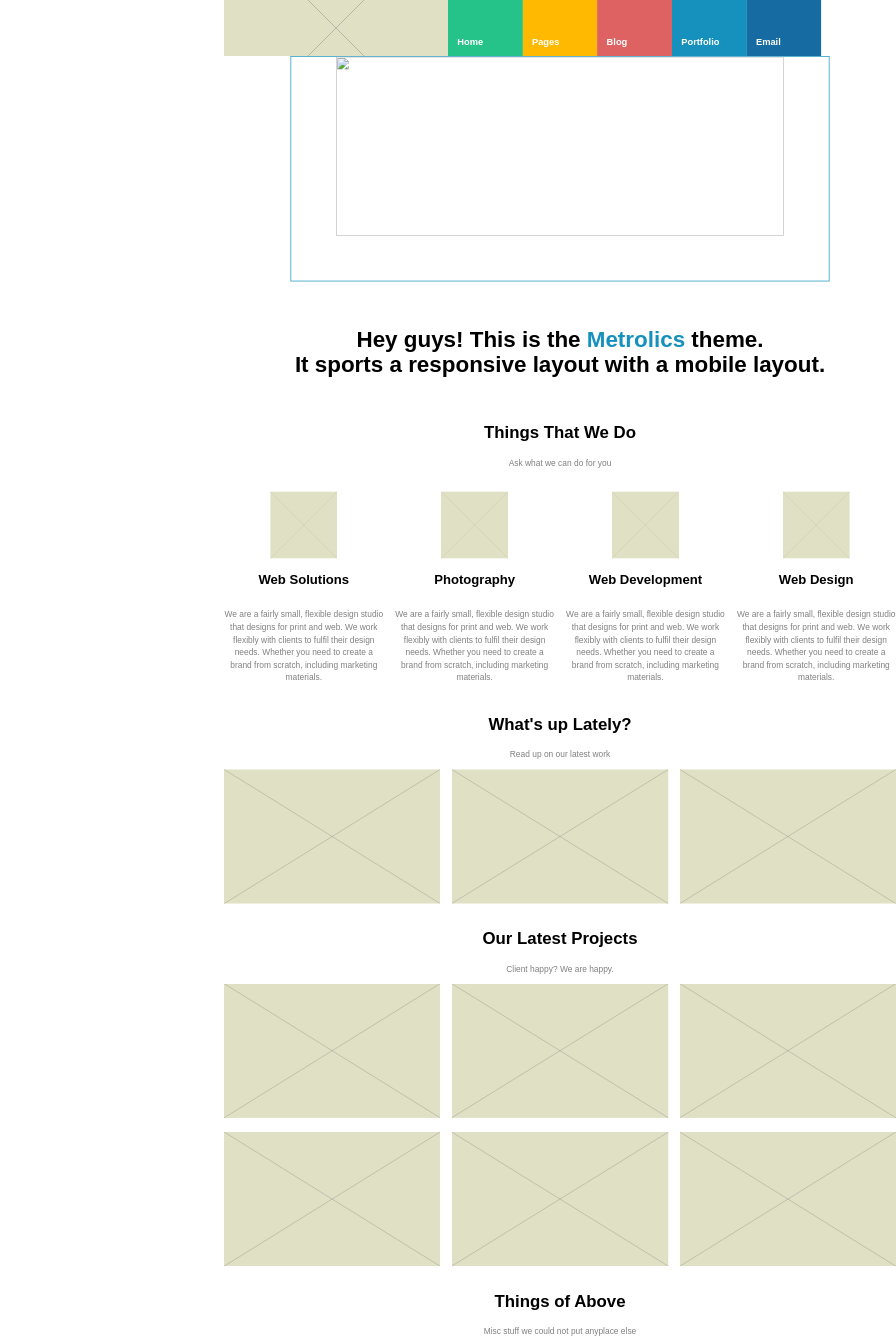
Repository: pjiang604/mdia2003-lab03b
Page: index.html
The author's editor kept a copy of each file at every save. The page is drawn from the files as they stood at one save, then again after the next save.
The browser window is 1280 px wide. The pictures show the part of the page from y = 0 to 1920 px (the page is 2722 px tall), at 70% of full size.

Above is the page before, as saved 2023-01-31 21:00:06.

### index.html
<!DOCTYPE html>
<html lang="en">

<head>
    <meta charset="UTF-8">
    <meta http-equiv="X-UA-Compatible" content="IE=edge">
    <meta name="viewport" content="width=device-width, initial-scale=1.0">
    <title>Metrolics</title>
    <link rel="stylesheet" href="style.css">
    <link rel="preconnect" href="https://fonts.google.com/specimen/Ubuntu?query=ubuntu">
</head>

<body>
    <nav>
        <div class="nav row l-col-6-1 m-col-6-1 s-col-2-2">
            <div class="col">
                <img src="img/placeholder.svg" alt="logo" class="logo">
            </div>
            <a href="/">
                <div class="col hide navTab homeTab">
                    <h5>Home</h5>
                </div>
            </a>
            <a href="/">
                <div class="col hide navTab pagesTab">
                    <h5> Pages</h5>
                </div>
            </a>
            <a href="/">
                <div class="col hide navTab blogTab">
                    <h5>Blog</h5>
                </div>
            </a>
            <a href="/">
                <div class="col hide navTab portfolioTab">
                    <h5>Portfolio</h5>
                </div>
            </a>
            <a href="/">
                <div class="col hide navTab emailTab">
                    <h5>Email</h5>
                </div>
            </a>
            <div class="col hamburger">
                <p>[HAM MENU]</p>
            </div>
        </div>
    </nav>

    <div class="carousel hide">
        <div class="carouselSlides">
            <img class="carouselPicture" src="">
        </div>
    </div>

    <main>
    <div class="tagLine">
        <h1>Hey guys! This is the <span class="metroColor">Metrolics</span> theme.<br> It sports a responsive layout
            with a mobile layout.</h1>
    </div>

    <div class="services-section">
        <div class="col headerMargin">
            <h2>Things That We Do</h2>
            <p>Ask what we can do for you</p>
        </div>
        <div class="row l-col-4-1 m-col-2-1 s-col-1-4">
            <div class="col card">
                <img src="img/placeholder.svg" class="serviceImg" alt="">
                <h3>Web Solutions</h3>
                <p>We are a fairly small, flexible design studio that designs for print and web. We work flexibly with
                    clients to fulfil their design needs. Whether you need to create a brand from scratch, including
                    marketing materials.</p>
            </div>
            <div class="col card">
                <img src="img/placeholder.svg" class="serviceImg" alt="">
                <h3>Photography</h3>
                <p>We are a fairly small, flexible design studio that designs for print and web. We work flexibly with
                    clients to fulfil their design needs. Whether you need to create a brand from scratch, including
                    marketing materials.</p>

            </div>
            <div class="col card">
                <img src="img/placeholder.svg" class="serviceImg" alt="">
                <h3>Web Development</h3>
                <p>We are a fairly small, flexible design studio that designs for print and web. We work flexibly with
                    clients to fulfil their design needs. Whether you need to create a brand from scratch, including
                    marketing materials.</p>
            </div>
            <div class="col card">
                <img src="img/placeholder.svg" class="serviceImg" alt="">
                <h3>Web Design</h3>
                <p>We are a fairly small, flexible design studio that designs for print and web. We work flexibly with
                    clients to fulfil their design needs. Whether you need to create a brand from scratch, including
                    marketing materials.</p>
            </div>
        </div>
    </div>
    <div class="recent-news headerMargin">
        <div class="col">
            <h2>What's up Lately?</h2>
            <p>Read up on our latest work</p>
        </div>
        <div class="row l-col-3-1 m-col-2-1 s-col-1-4">
            <div class="col">
                <img src="img/placeholder.svg" class="image-post" alt="">
            </div>
            <div class="col">
                <img src="img/placeholder.svg" class="image-post" alt="">
            </div>
            <div class="col">
                <img src="img/placeholder.svg" class="image-post" alt="">
            </div>
            <div class="hidden-photo">
                <img src="img/placeholder.svg" class="image-post" alt="">
            </div>
        </div>
    </div>
    <div class="latest-projects-section headerMargin">
        <div class="col">
            <h2>Our Latest Projects</h2>
            <p>Client happy? We are happy.</p>
        </div>
        <div class="row l-col-3-1 m-col-2-1 s-col-1-1">
            <div class="col">
                <img src="img/placeholder.svg" class="image-post" alt="">
            </div>
            <div class="col">
                <img src="img/placeholder.svg" class="image-post" alt="">
            </div>
            <div class="col">
                <img src="img/placeholder.svg" class="image-post" alt="">
            </div>
            <div class="col">
                <img src="img/placeholder.svg" class="image-post" alt="">
            </div>
            <div class="col">
                <img src="img/placeholder.svg" class="image-post" alt="">
            </div>
            <div class="col">
                <img src="img/placeholder.svg" class="image-post" alt="">
            </div>
        </div>
    </div>

    <div class="col headerMargin">
        <h2>Things of Above</h2>
        <p>Misc stuff we could not put anyplace else</p>
    </div>
    <div class="row accordion l-col-2-1 m-col-1-2 s-col-1-1">
        <div class="col">
            <p>[ACCORDION HERE]</p>
        </div>
        <div class="col">
            <p>[TABS HERE]</p>
        </div>
    </div>



    <div class="row companies l-col-5-1 m-col-5-1">
        <div class="col">
            <img src="img/placeholder.svg" class="comp-logo" alt="">
        </div>
        <div class="col">
            <img src="img/placeholder.svg" class="comp-logo" alt="">
        </div>
        <div class="col">
            <img src="img/placeholder.svg" class="comp-logo" alt="">
        </div>
        <div class="col">
            <img src="img/placeholder.svg" class="comp-logo" alt="">
        </div>
        <div class="col">
            <img src="img/placeholder.svg" class="comp-logo" alt="">
        </div>
    </div>
</main>

    <footer>

        <div class="row l-col-2-4 m-col-2-4 s-col-2-1 author">
            <div class="col">
                <img src="img/placeholder.svg" class="headshot" alt="">
            </div>
            <div class="col">
                <h5>Peewee Herman</h5>
                <p>Peewee has over 10 years expeience in the industry. He is our Creative Director, digital designer,
                    web designer and front-end developer. He is also pretty good with a sketch-book. Before starting the
                    company Peewee worked as a designer and studio manager for a design house who boasted a number of
                    big name clients.</p>
            </div>
        </div>

        <div class="row l-footer-grid m-row m-footer-grid">
            <div class="col about-socials">
                <h3 class="m-row hide">About Us</h3>
                <p class="m-row hide">Lorem ipsum dolor sit amet consectetur adipisicing elit. Neque, illo! Deserunt quo
                    nostrum
                    quaerat, cum dolores aut. Recusandae voluptates, nisi a explicabo, in autem vitae eius iste
                    temporibus dolorem corporis.</p>
                <div class="row l-col-5-1 m-col-5-1 s-col-5-1">
                    <div class="col">
                        <img src="img/placeholder.svg" class="social-img" alt="">
                    </div>
                    <div class="col">
                        <img src="img/placeholder.svg" class="social-img" alt="">
                    </div>
                    <div class="col">
                        <img src="img/placeholder.svg" class="social-img" alt="">
                    </div>
                    <div class="col">
                        <img src="img/placeholder.svg" class="social-img" alt="">
                    </div>
                    <div class="col">
                        <img src="img/placeholder.svg" class="social-img" alt="">
                    </div>
                </div>
            </div>

            <div class="col flickr">
                <h3>Flickr Photos</h3>
                <div class="row l-col-3-1 m-col-3-1">
                    <div class="col">
                        <img src="img/placeholder.svg" class="flickr-img" alt="">
                    </div>
                    <div class="col">
                        <img src="img/placeholder.svg" class="flickr-img" alt="">
                    </div>
                    <div class="col">
                        <img src="img/placeholder.svg" class="flickr-img" alt="">
                    </div>
                    <div class="col">
                        <img src="img/placeholder.svg" class="flickr-img" alt="">
                    </div>
                    <div class="col">
                        <img src="img/placeholder.svg" class="flickr-img" alt="">
                    </div>
                    <div class="col">
                        <img src="img/placeholder.svg" class="flickr-img" alt="">
                    </div>
                </div>
            </div>

            <div class="row live-social m-col">
                <div>
                    <h3>Recent Tweets</h3>
                </div>
                <div>
                    <p>[TWEET TEXT]</p>
                </div>
                <div>
                    <p>[TWEET TEXT]</p>
                </div>
            </div>

            <div class="col newsletter">
                <div class="row m-col-1-1">
                    <h3>Newsletter</h3>
                    <div class="col">
                        <p>Lorem ipsum, dolor sit amet consectetur adipisicing elit. Quam, iusto provident labore quos
                            ipsa
                            voluptas.</p>
                    </div>
                    <div class="col">
                        <label for="email">Enter your Email...</label>
                        <input type="email" id="email">
                    </div>

                </div>
            </div>
        </div>

        <div class="row footer-decor">
            <div class="decor"></div>
            <div class="decor"></div>
            <div class="decor"></div>
            <div class="decor"></div>
            <div class="decor"></div>
        </div>

    </footer>

</body>



</html>

### style.css
:root {
    --green: #25c389;
    --yellow: #ffb901;
    --red: #de6262;
    --lightBlue: #1691bd;
    --darkBlue: #166ba2;
    --navy: #16242f;

}

html {
    height: 100vh;
    width: 100vw;


}

body {
    width: 60em;
    margin: 0 20em;
    box-sizing: border-box;
}


.headerMargin {
    margin: 2em 0;
}

nav,
main {
    font-family: Ubuntu, sans-serif;
    font-weight: 300;
    text-decoration: none;
    text-align: center;
}

p {
    font-size: 12px;
    color: grey;
    line-height: 1.5em;
}

a {
    text-decoration: none;
}

.row {
    display: grid;
    row-gap: 1rem;
}

.col {
    position: relative;
}

.flickr-img {
    width: 100%;
}


.social-img {
    width: 100%;
}


.footer-decor {
    grid-template-columns: 3fr 1fr 1fr 1fr 1fr 1fr;
}


/*Nav Bar*/

.nav {
    height: 5em;
}

nav h5 {
    color: white;
    position: absolute;
    bottom: 0;
    padding: 1em;
    margin: 0;
}

.logo {
    width: 100%;
    height: 5em;
    object-fit: cover;
}

.navTab {
    height: 5em;
    display: flex;
}

.homeTab {
    background-color: var(--green);
}

.pagesTab {
    background-color: var(--yellow);
}

.blogTab {
    background-color: var(--red);
}

.portfolioTab {
    background-color: var(--lightBlue);
}

.emailTab {
    background-color: var(--darkBlue);
}

.hamburger {
    display: none;
}

/*Carousel*/

.carousel {
    display:flex;
    height: 20em;
    width:60vw;
    border: 1px solid var(--lightBlue);
    position:relative;
    margin:auto;
    justify-content:center;
}

.carouselPicture img {
    object-fit:cover;
    width: 50em;
    height: 50em;
}

.carouselPicture {
    width:50vw;
    height:20vw;
    display:flex;
    align-items:center;
}

/*Tag Line*/
.tagLine {
    margin: 4em 0;
}

.metroColor {
    color: var(--lightBlue);
}

/*Services Section*/

.serviceImg {
    height: 6em;
    width: 6em;
    object-fit: cover;
}

.card {
    display: flex;
    flex-direction: column;
    align-items: center;
}

/*Recent News*/
.image-post {
    width: 100%;
    height: 12em;
}

/*Accordion*/
.accordion {
    height: 20em;
    border: 1px solid var(--lightBlue);
}

/*Companies*/
.companies {
    column-gap: 2em;
    margin: 1em 0;
}

.comp-logo {
    width: 100%;
    height: 4em;
    object-fit: cover;
}

/*FOOTER*/

footer {
    background: var(--navy);
    color: white;
    font-family: Ubuntu, sans-serif;
    font-weight: 300;
    text-decoration: none;
    width: 100%;
}


footer p {
    color: white;
}

.headshot {
    width: 4em;
    height: 4em;
    object-fit: cover;
    border-radius: 100%;
}

/** small/mobile version */
@media screen and (max-width:29.9375em) {
    .row {
        max-width: 70em;
        column-gap: .5rem;
        row-gap: 1.5rem;
        margin: 0 auto;

    }

    .hide,
    .flickr,
    .newsletter,
    .companies {
        display: none;
    }

    .hamburger {
        display: contents;
    }

    .s-col-1-4 {
        grid-template-columns: 4fr;
    }

    .s-col-2-2 {
        grid-template-columns: repeat(2, 2fr);
    }

    .s-col-1-1 {
        grid-template-columns: 1fr;
    }

    .s-col-5-1 {
        grid-template-columns: repeat(5, 1fr);
    }

    .s-col-2-1 {
        grid-template-columns: repeat(2, 1fr);
    }

    .footer-grid {
        display: none;
    }

    .hidden-photo {
        display: content;
        background-color: orange;
    }

    .accordion {
        display: none;
    }
}

/** medium and up. applicable for both tablet and mobile version */
@media screen and (max-width:30em) {
    .carousel {
        display: none;
    }

    .image-post.hide {
        display: contents;
    }

    .hidden-photo {
        display: content;
        background-color: orange;
    }

}

/** medium only */
@media screen and (min-width:40em) and (max-width:63.9375em) {

    .hide {
        display: contents;
    }

    .m-footer-grid {
        grid-template-columns: repeat(2, 1fr);
    }

    .m-row {
        display: grid;
        row-gap: 1rem;
    }

    .m-col {
        position: relative;
    }

    .m-col-6-1 {
        grid-template-columns: 3fr 1fr 1fr 1fr 1fr 1fr;
    }

    .m-col-2-1 {
        grid-template-columns: repeat(2, 1fr);
        column-gap: 1rem;
    }

    .m-col-5-1 {
        grid-template-columns: repeat(5, 1fr);
        column-gap: 1rem;
    }

    .m-col-2-4 {
        grid-template-columns: 1fr 4fr;
    }

    .m-col-3-1 {
        grid-template-columns: repeat(3, 1fr);
        column-gap: 1rem;
    }

    .m-col-1-1 {
        grid-template-columns: 1fr
    }

    .m-col-1-2 {
        grid-template-columns: repeat(1, 2fr);
    }

    .hidden-photo {
        display: content;
        background-color: orange;
    }

}

/** large only */
@media screen and (min-width:64em) {

    .l-col-6-1 {
        grid-template-columns: 3fr 1fr 1fr 1fr 1fr 1fr 1fr;
    }

    .l-col-4-1 {
        grid-template-columns: repeat(4, 1fr);
        column-gap: 1rem;
    }

    .l-col-3-1 {
        grid-template-columns: repeat(3, 1fr);
        column-gap: 1rem;
    }

    .l-col-5-1 {
        grid-template-columns: repeat(5, 1fr);
    }

    .l-col-2-4 {
        grid-template-columns: 1fr 4fr;
    }

    .l-col-3-1 {
        grid-template-columns: repeat(3, 1fr);
        column-gap: 1rem;
    }

    .l-col-2-1 {
        grid-template-columns: repeat(2, 1fr);
        column-gap: 1rem;
    }

    .image-post.hide {
        display: none;
    }

    .l-footer-grid {
        grid-template-columns: repeat(4, 1fr);
    }

    .hidden-photo {
        display: none;
    }

}

### img/placeholder.svg
<!-- Created with PhotoLine 21.40B9 (www.pl32.com) -->
<!DOCTYPE svg PUBLIC "-//W3C//DTD SVG 1.1//EN" "http://www.w3.org/Graphics/SVG/1.1/DTD/svg11.dtd"[]>
<svg width="1024" height="1024" version="1.1" xmlns="http://www.w3.org/2000/svg" xmlns:xlink="http://www.w3.org/1999/xlink">
  <g id="Square/Rectangle">
    <rect fill="#e0e0c4" fill-rule="evenodd" width="1024" height="1024" />
  </g>
  <path stroke-width="2" stroke-miterlimit="10" fill="none" stroke="#808080" d="M0 0 L1024 1024" />
  <g transform="matrix(0 1 -1 0 1024 0)">
    <path transform="matrix(-0 -1.000001 1.000001 -0 0.000153 1024.000854)" stroke-width="2" stroke-miterlimit="10" fill="none" stroke="#808080" d="M1024 -0 L0 1024" />
  </g>
</svg>

After the next save:
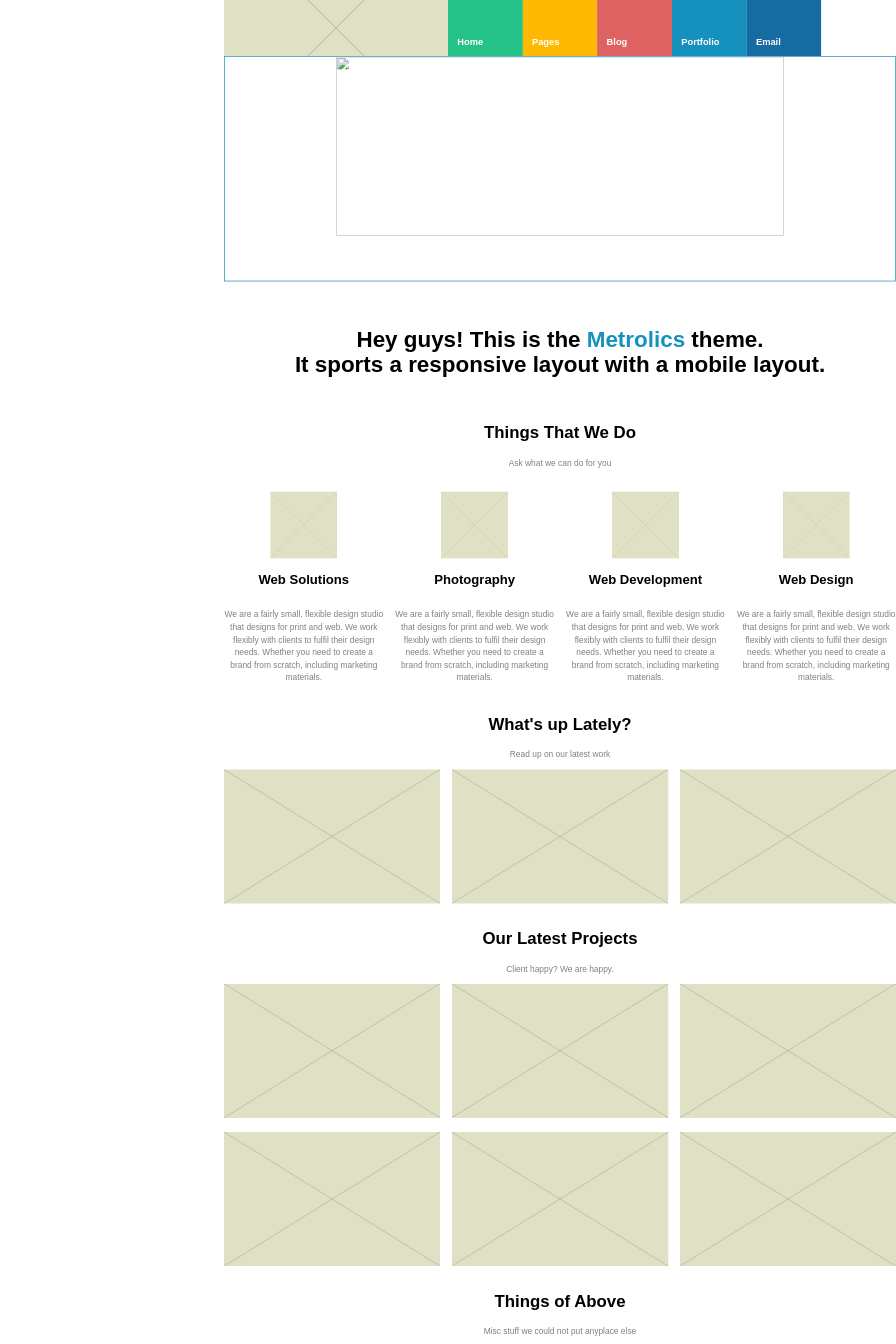
Saved 7 s later.
--- a/style.css
+++ b/style.css
@@ -122,7 +122,6 @@ nav h5 {
 .carousel {
     display:flex;
     height: 20em;
-    width:60vw;
     border: 1px solid var(--lightBlue);
     position:relative;
     margin:auto;
